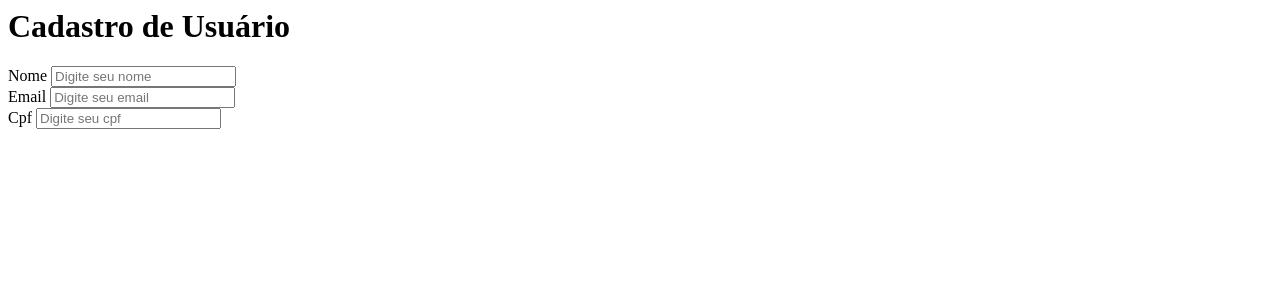
Repository: formatech2018/BRUNNO-S-FILMES
Page: sistema.filmes/src/main/webapp/resources/html/cadastro.html
An editor plug-in stored every save of this project. The page is shown before and after the next save, followed by the edit.
The browser window is 1280 px wide. The pictures show the whole page.

Above is the page before, as saved 2018-08-04 13:54:48.

After the next save:
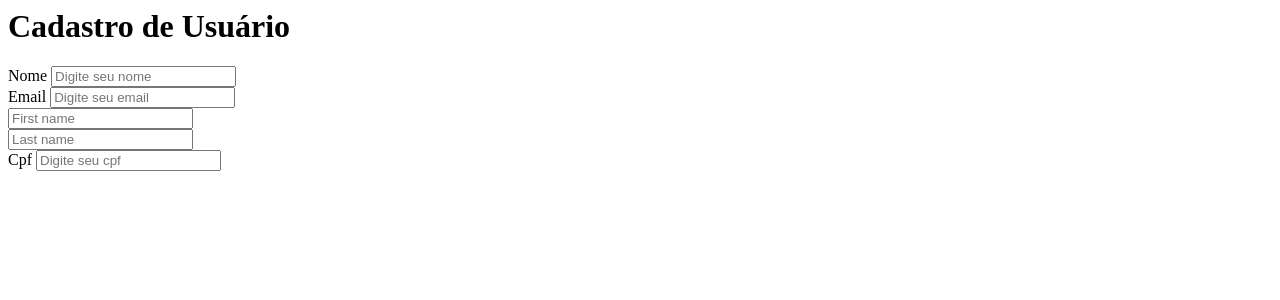
Saved 38 s later.
--- a/sistema.filmes/src/main/webapp/resources/html/cadastro.html
+++ b/sistema.filmes/src/main/webapp/resources/html/cadastro.html
@@ -14,6 +14,15 @@
 		</div>
 	</div>
 
+	<div class="row">
+    <div class="col">
+      <input type="text" class="form-control" placeholder="First name">
+    </div>
+    <div class="col">
+      <input type="text" class="form-control" placeholder="Last name">
+    </div>
+  </div>
+
 		<div class="col">
 			<label for="colFormLabel" class="col-sm-2 col-form-label">Cpf</label>
 			<input type="text" name="cpf" class="form-control"
